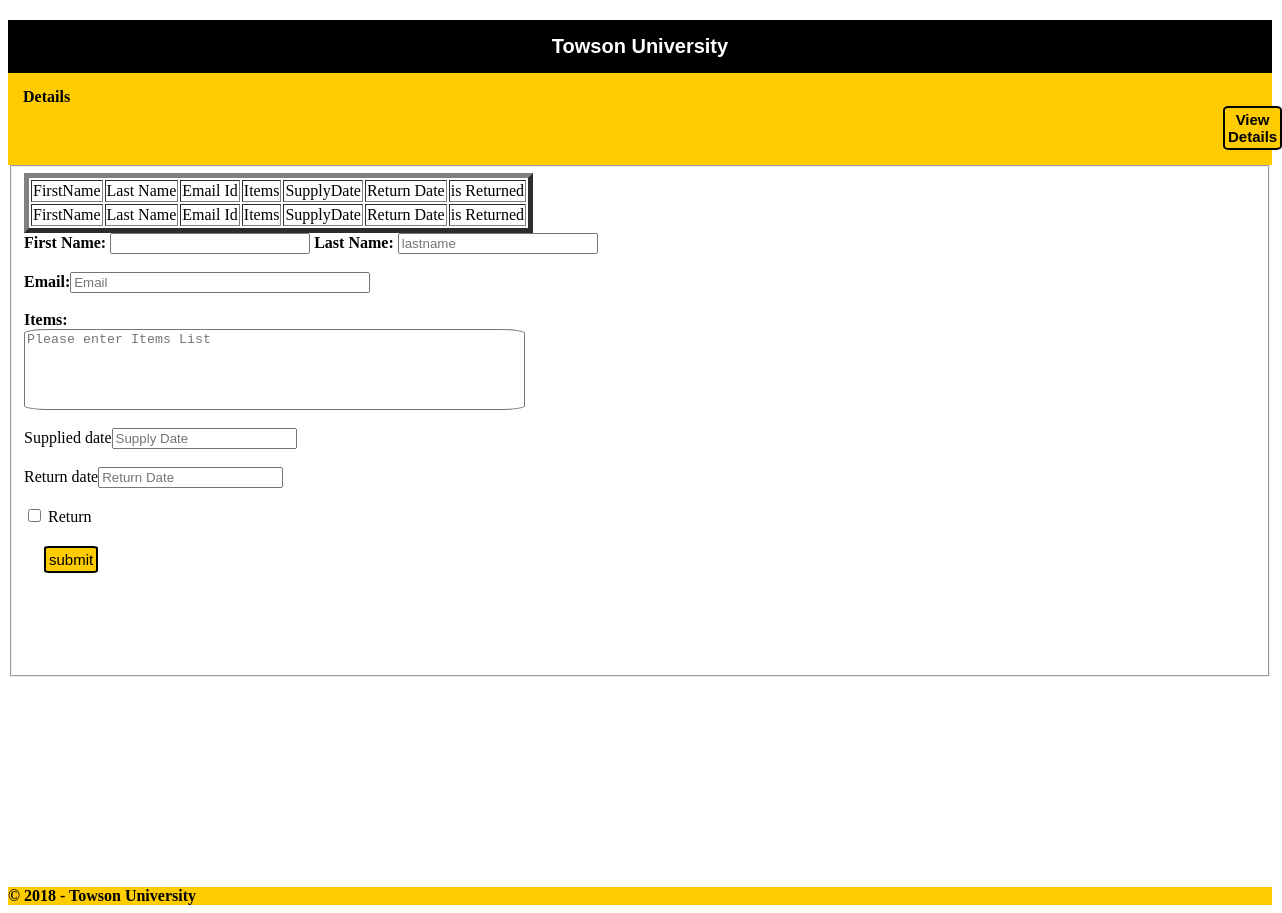
Repository: DatabaseCOSC578/eclipse-workspace11
Page: http://localhost/Supervisor/Supervisorshow.jsp
These files come from the project's save history. The page is drawn as it stood at one moment and after the next save; the edit follows.
The browser window is 1280 px wide. The page is 1282 px wide, so the pictures cover 1282 px, including what lies to the right of the window. The pictures show the whole page.
The page is served by Tomcat 9. Other server files are loaded and not shown.

Above is the page before, as saved 2018-04-16 03:05:27.

### Supervisor/WebContent/Supervisorshow.jsp
<html>
<head>
    <link href="css/layout1.css" rel="stylesheet">
</head>
<body>
<header><center>Towson University</center></header>
<form name="inputdetails" action="store" method="post" id="form1">
<div><b>Details</b>


<button id ="b1" type="submit" formaction="Supervisorshow.jsp">View Details</button>


</div>
<fieldset>

<TABLE  BORDER="5" colspan="2">
   <TR>
      <TD>FirstName</TD>
      <TD>Last Name</TD>
      <TD>Email Id</TD>
      <TD>Items</TD>
      <TD>SupplyDate</TD>
      <TD>Return Date</TD>
      <TD>is Returned </TD>
   </TR>

   <TR>
      <TD>FirstName</TD>
      <TD>Last Name</TD>
      <TD>Email Id</TD>
      <TD>Items</TD>
      <TD>SupplyDate</TD>
      <TD>Return Date</TD>
      <TD>is Returned </TD>
   </TR>
</TABLE>









<b>First Name:</b> <input type=text style="width: 200px;" name="fname "> <b>Last Name:</b> <input type=text style="width: 200px;" name="lname " placeholder="lastname"><br><br>
<b>Email:</b><input type=text style="width: 300px; align:center;" name="custname" placeholder="Email "><br><br>
<b>Items:</b></br>
<textarea rows="5" cols="60"  maxlength="260" name="items" placeholder="Please enter Items List">
</textarea> <br><br>

Supplied date<input type=text name="sdate" placeholder="Supply Date" ><br><br>
Return date<input type=text name="rdate" placeholder="Return Date" ><br><br>
<input type="checkbox" name="return" value="1"> Return<br>
<input type=submit value=submit> <br><br><br><br><br>
</fieldset>
</form>
</body>
<footer> &copy 2018 - Towson University</footer>
</html>

### Supervisor/WebContent/css/layout1.css
header {
	position: relative;
	color: #FFFFFF;
	font-family: sans-serif;
	font-size: 20px;
	text-align:left;
	background-color: #000000;
	margin: 20;
	margin-left:0;
	margin-bottom:0;
	margin-right:0;

	padding: 15;
	font-weight:700;
}

div {
	background-color: #fc0;
	margin: 0;
	margin-top:0;
	padding: 15;
}

#fs {
	margin-top: 5;
	border: solid;
}

footer {
	font-weight: 800;
	text-color: solid #000000;
	background-color: #fc0;
	margin-top: 210;
}
textarea{
	resize:none;
	border-radius:5%;
}
input[type="submit"] {
	align:center;
	margin: 20px;
	background-color: #fc0;
	padding: 3;
	text-align:center;
	text-weight: 700;
	border: solid 2px;
	font-size: 15;
	border-radius: 9%;
}
input[type="submit"]:hover {
	cursor:pointer;
}

#abc{
align:center;
margin-left:800;
}

#b1 {
		align:center;
	margin-left: 1200;
	background-color: #fc0;
	padding: 3;
	text-align:center;
	text-weight: 700;
	border: solid 2px;
	font-size: 15;
	font-weight:700;
	border-radius: 9%;
	position:relative;
}

#b1:hover {
	cursor:pointer;
}

After the next save:
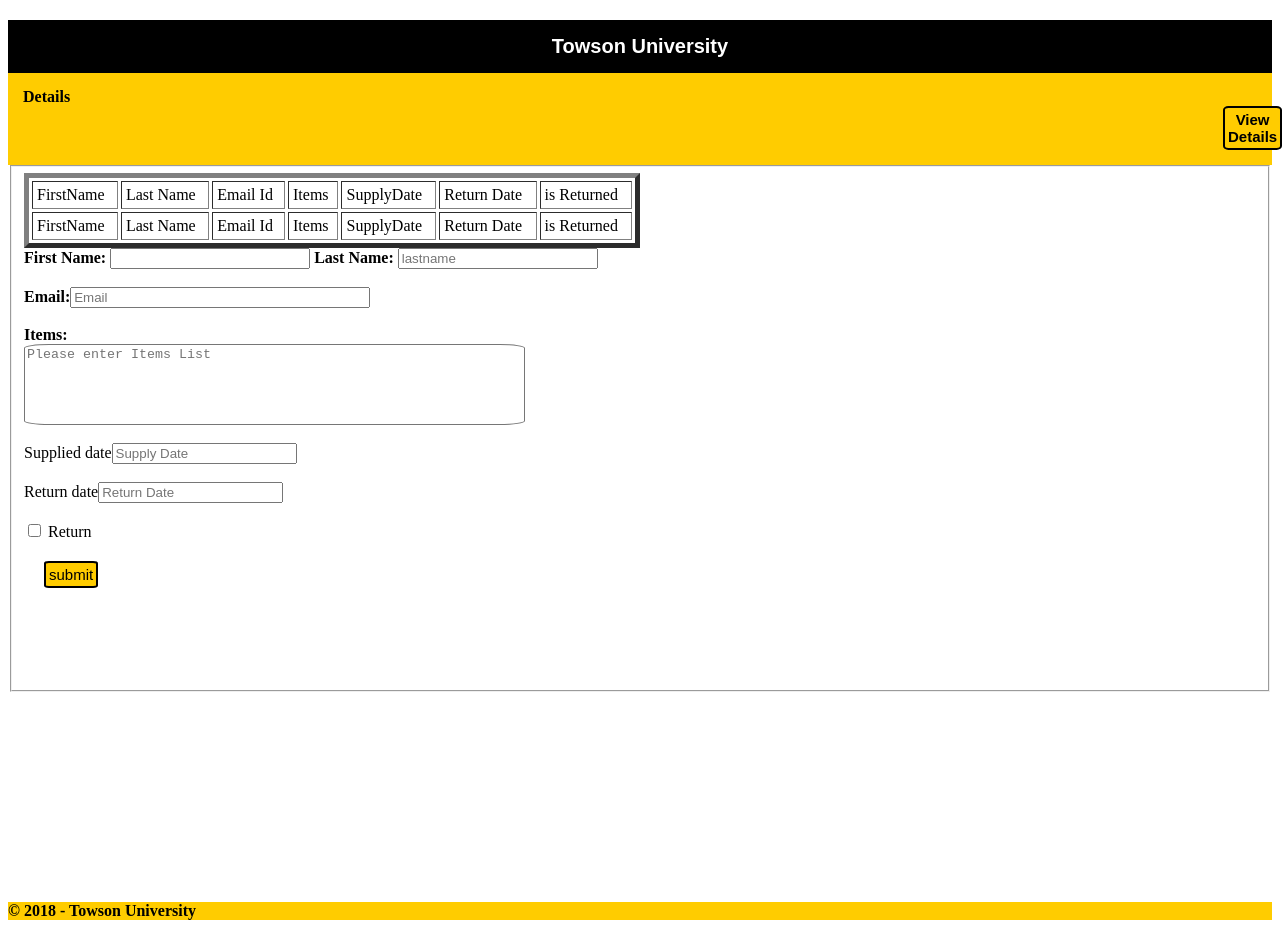
Saved 6 min 12 s later.
--- a/Supervisor/WebContent/Supervisorshow.jsp
+++ b/Supervisor/WebContent/Supervisorshow.jsp
@@ -14,7 +14,7 @@
 </div>
 <fieldset>
 
-<TABLE  BORDER="5" colspan="2">
+<TABLE  BORDER="5" colspan="2"  WIDTH="50%"   CELLPADDING="4" CELLSPACING="3">
    <TR>
       <TD>FirstName</TD>
       <TD>Last Name</TD>
